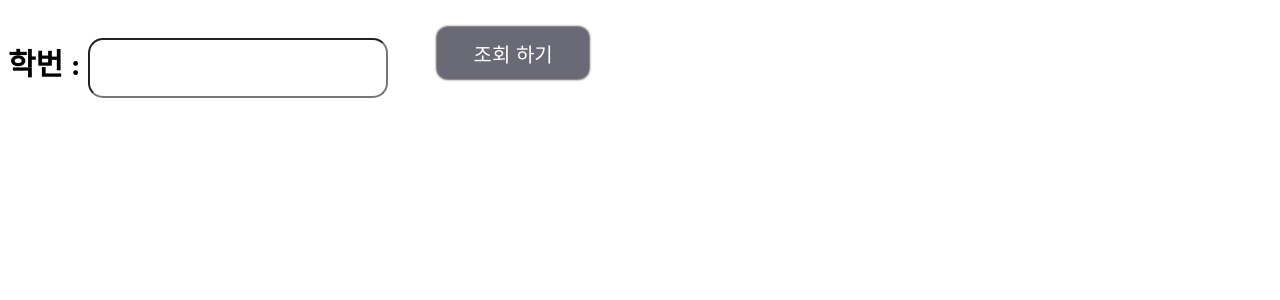
Repository: kimeuiyeob/KOPO_JSP_Study
Page: http://localhost/JSP/selectById.jsp
An editor plug-in stored every save of this project. The page is shown before and after the next save, followed by the edit.
The browser window is 1280 px wide. The pictures show the whole page.
The page is served by Tomcat 9.

Above is the page before, as saved 2023-05-25 23:53:30.

After the next save:
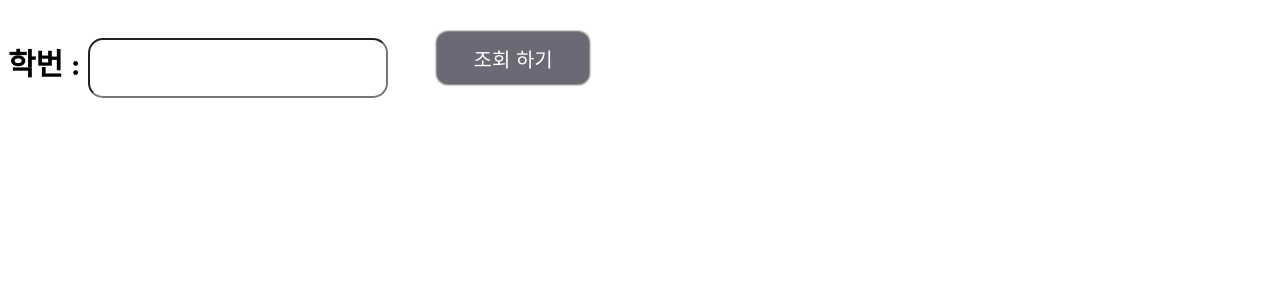
Saved 9 s later.
--- a/JSP/src/main/webapp/selectById.jsp
+++ b/JSP/src/main/webapp/selectById.jsp
@@ -21,7 +21,7 @@
 			<p>
 				학번 : <input type="text" name="studentid">
 			</p>
-			<div class="but" style="padding-top : 20px">
+			<div class="but" style="padding-top : 25px">
 				<button type="submit">조회 하기</button>
 			</div>
 		</div>
